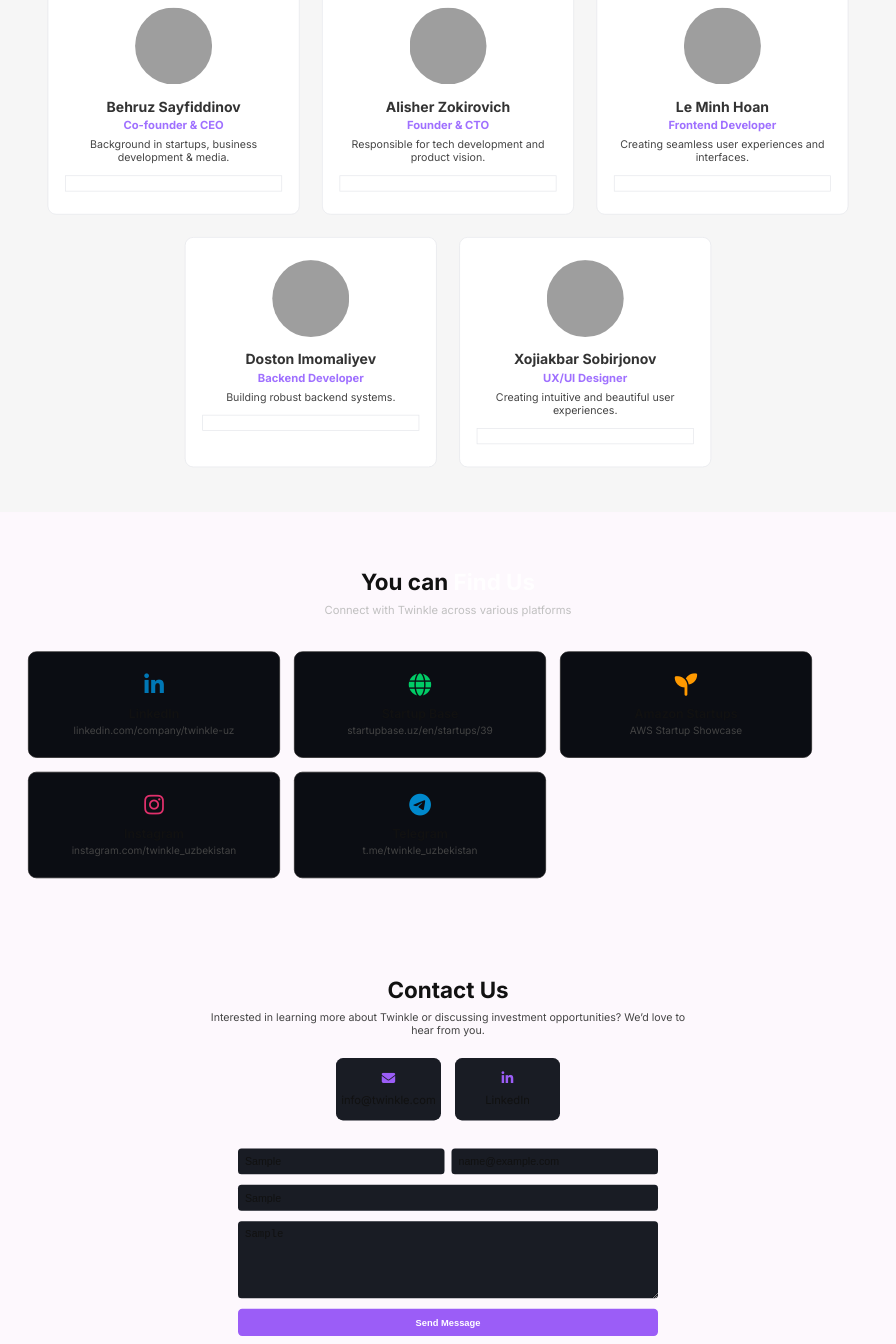
Repository: techboy-33/Twinkle-web
Page: index.html
These files come from the project's save history. The page is drawn as it stood at one moment and after the next save; the edit follows.
The browser window is 1280 px wide. The pictures show the part of the page from y = 2282 to 4202 px (the page is 4296 px tall before and 4292 px after), at 70% of full size.
Empty fields were first filled with sample values (such as "Sample", 5 or name@example.com).
After loading, the first visible `#theme-toggle` was clicked once.
Pictures or frames that could not be fetched are drawn as grey boxes.

Above is the page before, as saved 2025-05-15 12:30:23.

After the next save:
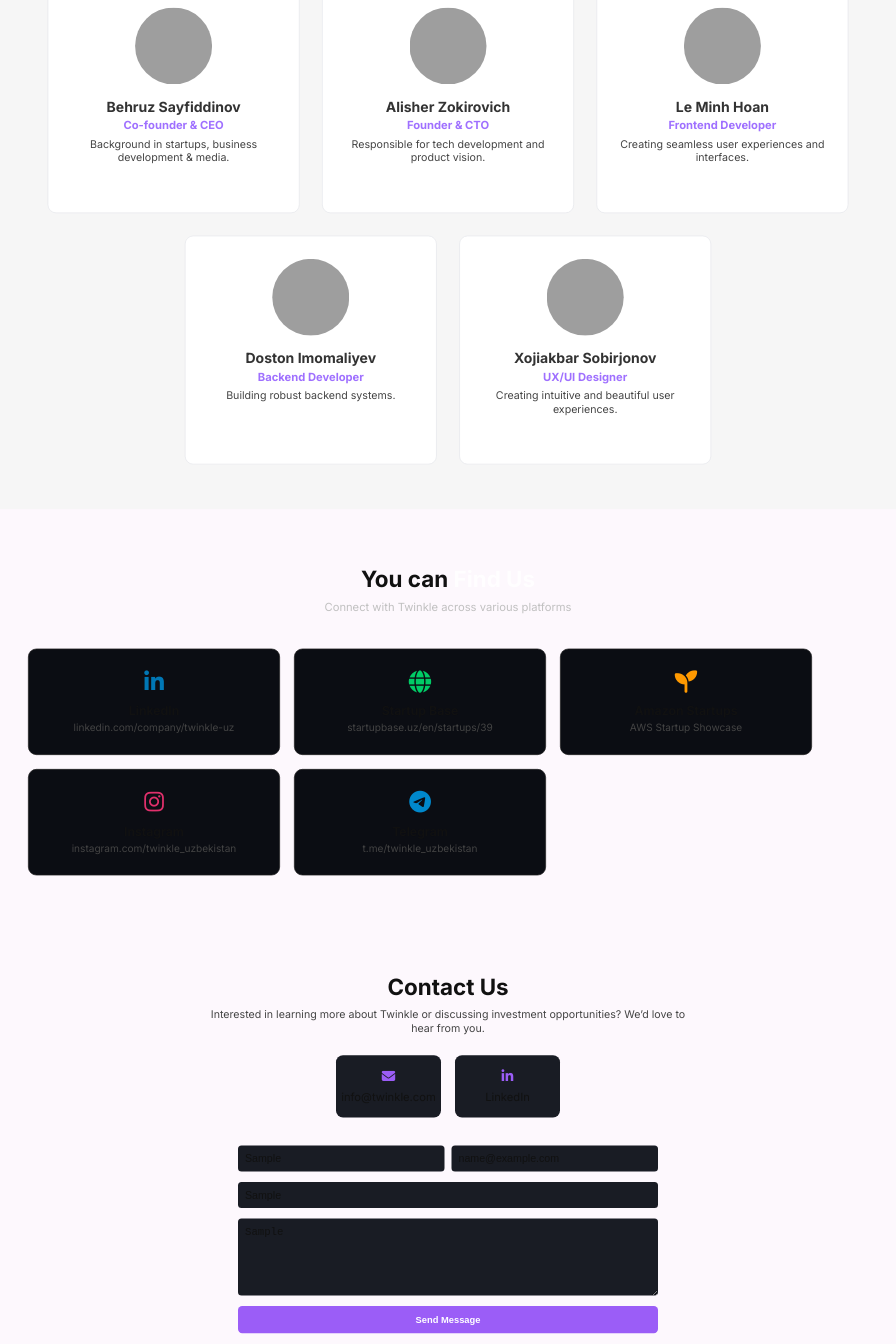
Saved 19 s later.
--- a/base.css
+++ b/base.css
@@ -35,12 +35,15 @@
   background-color: #fdf8fd !important;
   color: #111111 !important;
 }
-body.light-mode .icons,
+
 body.light-mode .info-card,
 body.light-mode .team-card {
   background-color: #ffffff !important;
   border: 1px solid #e5e7eb !important;
   box-shadow: none;
+}
+body.light-mode .icons {
+
 }
 
 body.light-mode .info-card h3 {
